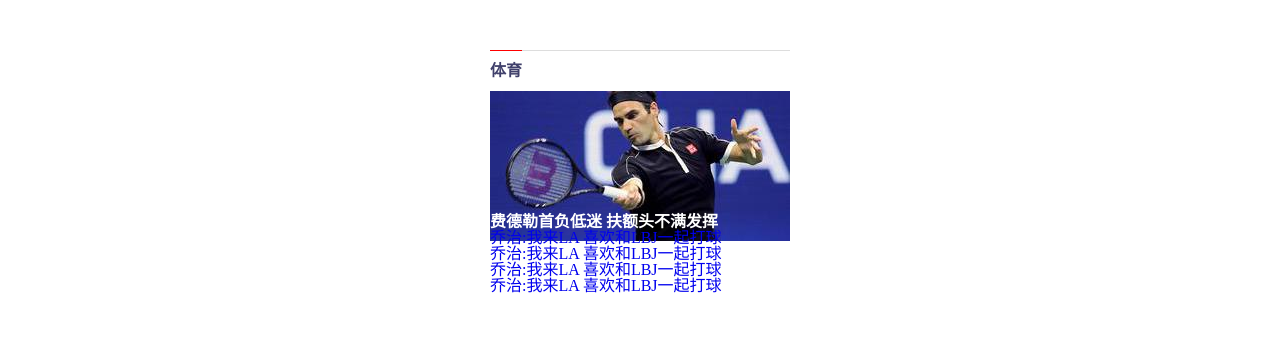
Repository: Romic77/css-test
Page: exercise/03_网易新闻的右侧列表.html
The author's editor kept a copy of each file at every save. The page is drawn from the files as they stood at one save, then again after the next save.
The browser window is 1280 px wide. The pictures show the whole page.

Above is the page before, as saved 2022-09-03 15:54:00.

### exercise/03_网易新闻的右侧列表.html
<!DOCTYPE html>
<html lang="en">

<head>
    <meta charset="UTF-8">
    <meta http-equiv="X-UA-Compatible" content="IE=edge">
    <meta name="viewport" content="width=device-width, initial-scale=1.0">
    <title>Document</title>
    <link rel="stylesheet" href="./css/reset.css">
    <style>
        a {
            text-decoration: none;
        }

        .news-wrapper {
            width: 300px;
            height: 358px;
            margin: 50px auto;

            /* 设置上边框 */
            border-top: 1px solid #ddd;
        }

        .news-wrapper h2 {
            height: 40px;
            /* 文字居中 */
            line-height: 40px;
        }

        .news-wrapper h2 a {
            color: #40406B;
            font-weight: bold;
        }

        .news-title {
            height: 40px;
            display: inline-block;
            border-top: 1px red solid;

            margin-top: -1px;

        }

        .news-img .img-title {
            color: #fff;
            margin-top: -30px;
            font-weight: bold;
        }
    </style>
</head>

<body>
    <div class="news-wrapper">
        <h2 class="news-title">
            <a href="#">体育</a>
        </h2>

        <div class="news-img">
            <a href="#">
                <img src="./img/03/1.jpeg" alt="">

                <h3 class="img-title">费德勒首负低迷 扶额头不满发挥 </h3>
            </a>
        </div>

        <ul class="news-list">
            <li><a href="#">乔治:我来LA 喜欢和LBJ一起打球</a></li>
            <li><a href="#">乔治:我来LA 喜欢和LBJ一起打球</a></li>
            <li><a href="#">乔治:我来LA 喜欢和LBJ一起打球</a></li>
            <li><a href="#">乔治:我来LA 喜欢和LBJ一起打球</a></li>
        </ul>

    </div>
</body>

</html>

Loaded but not shown: exercise/css/reset.css (common file)

After the next save:
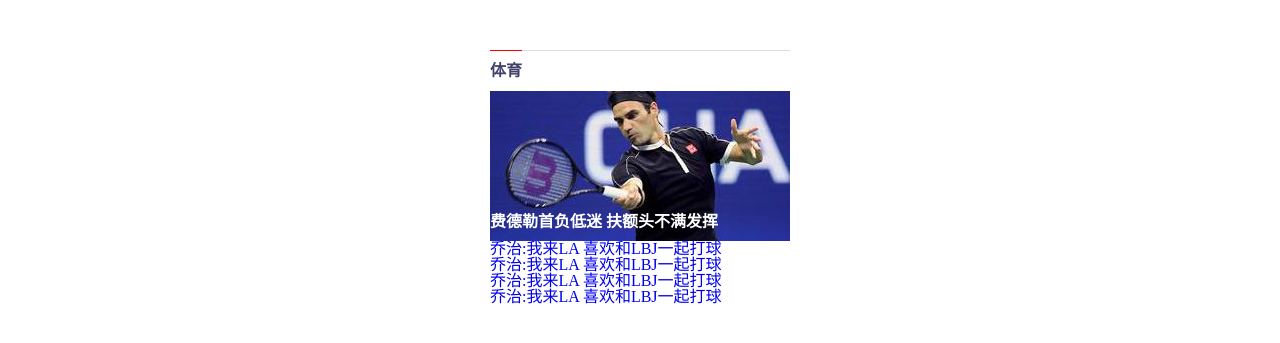
Saved 90 s later.
--- a/exercise/03_网易新闻的右侧列表.html
+++ b/exercise/03_网易新闻的右侧列表.html
@@ -41,6 +41,10 @@
 
         }
 
+        .news-img {
+            height: 150px;
+        }
+
         .news-img .img-title {
             color: #fff;
             margin-top: -30px;
